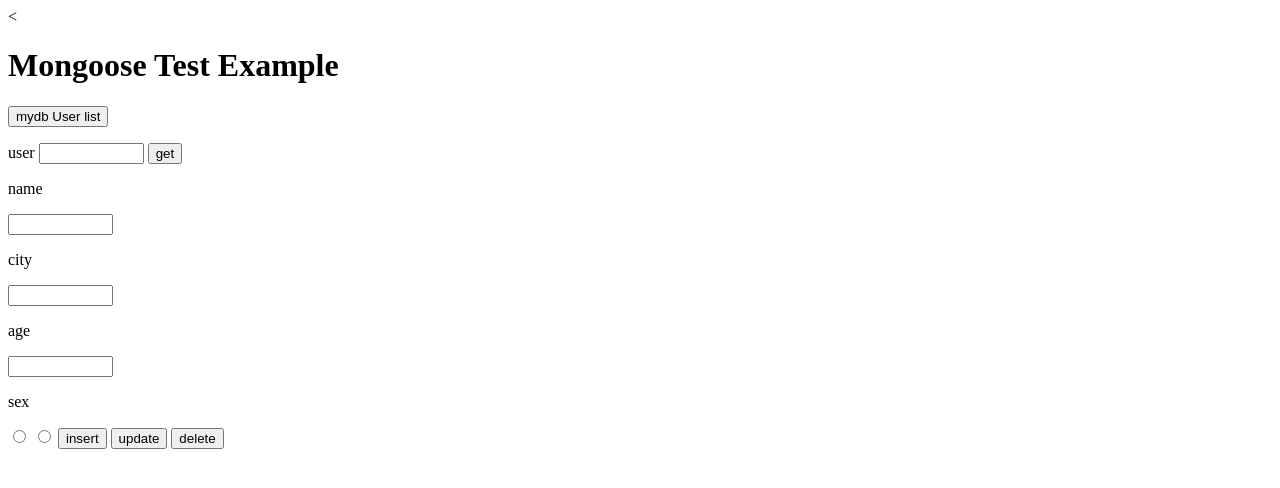
Repository: jaechullee2/anew
Page: node/mongos/views/index.html
The author's editor kept a record of every edit. The page is drawn from the files as they stood at one moment, then again after the next edit.
The browser window is 1280 px wide. The pictures show the whole page.

Above is the page before.

After the next edit:
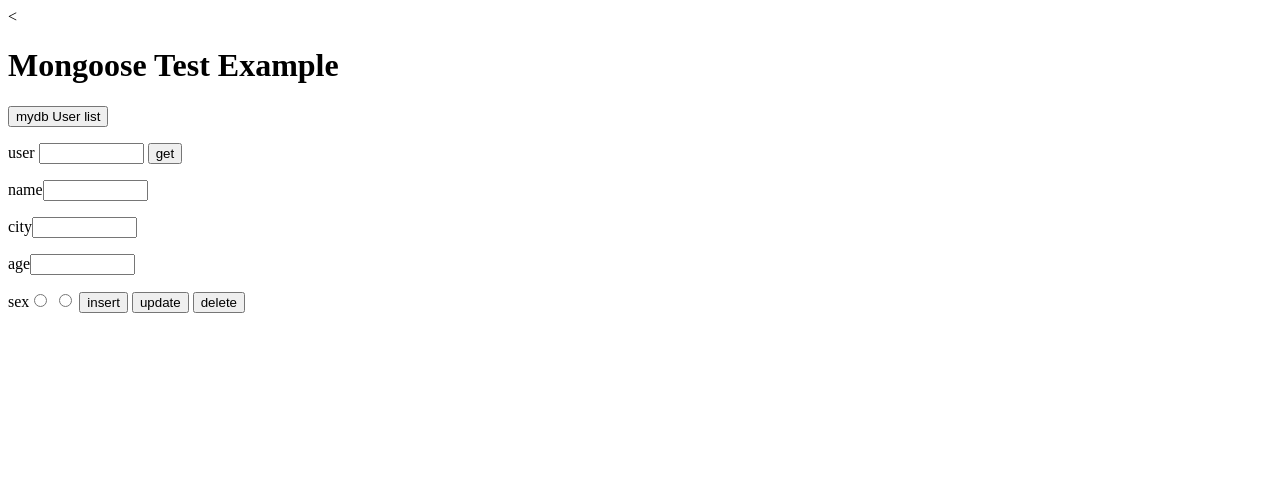
The edit:
--- a/node/mongos/views/index.html
+++ b/node/mongos/views/index.html
@@ -10,10 +10,10 @@
             <input type="button" value= "mydb User list" onclick='location.href="/list"'/>
         <p>user <input type="text" size='10' name="userid"/>
         <input type="button" value="get" onclick='location.href="/get?input="+document.mongoform.userid.value'/>
-        <p>name</p><input type="text" size='10' name="name"/>
-        <p>city</p><input type="text" size='10' name="name"/>
-        <p>age</p><input type="text"  size='10' name="name"/>
-        <p>sex</p><input type="radio"  name="sex" value="male"/>
+        <p>name<input type="text" size='10' name="name"/>
+        <p>city<input type="text" size='10' name="name"/>
+        <p>age<input type="text"  size='10' name="name"/>
+        <p>sex<input type="radio"  name="sex" value="male"/>
         <input type="radio"  name="sex" value="female"/>
 
         <input type="submit" value="insert" onclick='this.form.action="/insert"'/>
